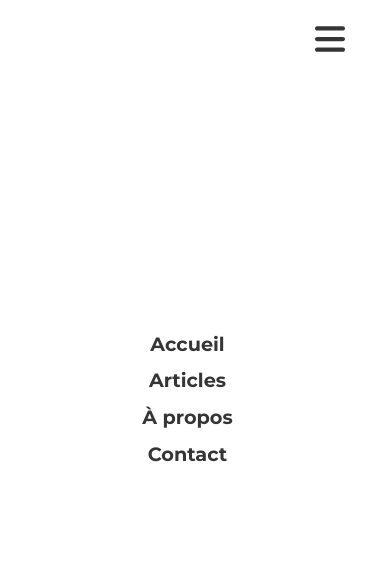
Repository: DorianABDS/Portfolio-ABBADESSA-Dorian
Page: index.html
These files come from the project's save history. The page is drawn as it stood at one moment and after the next save; the edit follows.
The browser window is 375 px wide. The pictures show the whole page.

Above is the page before, as saved 2024-11-26 00:09:21.

After the next save:
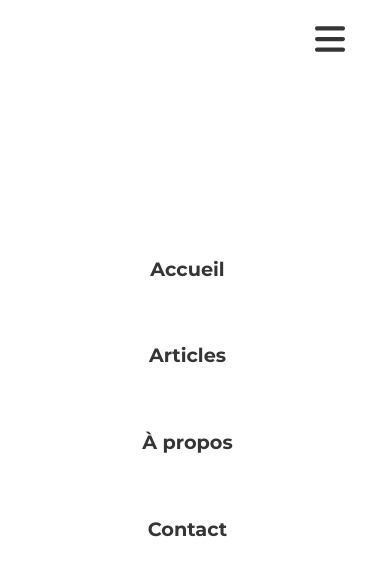
Saved 34 s later.
--- a/style.css
+++ b/style.css
@@ -120,8 +120,8 @@ html, body {
         align-items: center;
     }
 
-    /* .nav-links ul li {
-        display: flex;
-
-    } */
+    .navbar .nav-links ul li {
+        margin: 25px 0;
+        font-size: 1.2;
+    }
 }
